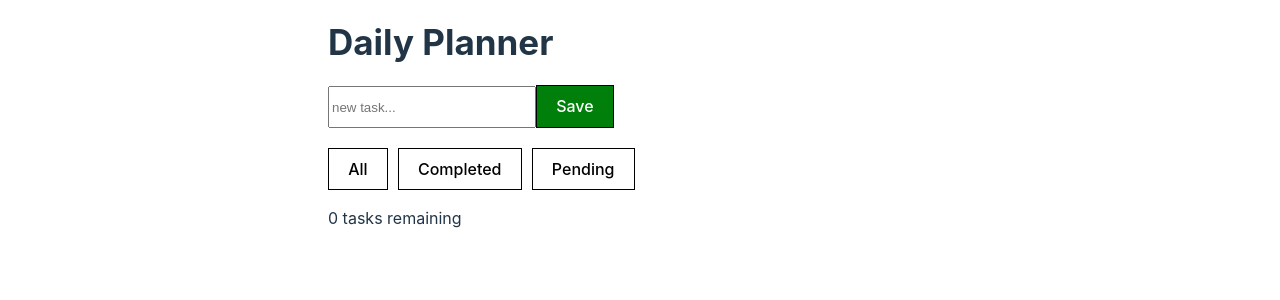
Repository: leslie179/lab4
Page: / (app in lab4/)
These files come from the project's save history. The page is drawn as it stood at one moment and after the next save; the edit follows.
The browser window is 1280 px wide. The pictures show the whole page.
The project was rebuilt for these pictures with package versions that can differ from the ones it lists, and the page was loaded fresh each time. Also part of the build but not shown: lab4/vite.config.js, lab4/src/components/Task.jsx.

Above is the page before, as saved 2024-10-27 18:39:09.

### lab4/src/App.jsx
import { useState } from 'react'
import './App.css'

import Task from './components/Task'
import TaskForm from './components/TaskForm'

function App() {
  const [tasks, setTasks] = useState([])
  const [filter, setFilter] = useState("All")

  const remainingTasks = tasks.filter(task => !task.completed).length;

  return (
    <div>
      <h1>Daily Planner</h1>
      <TaskForm setTasks={setTasks} />

      <button className="filter-button" onClick={() => setFilter("All")}>All</button>
      <button className="filter-button" onClick={() => setFilter("Completed")}>Completed</button>
      <button className="filter-button" onClick={() => setFilter("Pending")}>Pending</button>

      <p>{remainingTasks} task{remainingTasks !== 1 ? 's' : ''} remaining</p>

      <ul>
        {tasks && tasks.filter((task) => {
          if (filter === "All") {
            return true;
          } else if (filter === "Completed") {
            return task.completed;
          } else if (filter === "Pending") {
            return !task.completed;
          }
          return true;
        }).map((task, i) => {
          return <Task key={i} task={task} setTasks={setTasks} index={i} />
        })}
      </ul>
    </div>
  )
}

export default App;

### lab4/src/App.css
#root {
  max-width: 1280px;
  text-align: left;
  padding-left: 20rem;
}

h1{
  font-size: 35px;
}

.filter-button{
  border: 1px solid black;
  background-color: white;
  margin-right: 10px;
  margin-top: 20px;
  border-radius: 0px;
}

.save{
  background-color: #00800a;
  border-radius: 0px;
  border: 1px solid black;
  padding-top:2mm;
  height:43px;
  color: white;

}

.input{
width:200px;
height:36px;
}

.read-the-docs {
  color: #888;
}

### lab4/src/components/TaskForm.jsx
import { useState } from "react"

function TaskForm({ setTasks }) {
    const [currentTask, setCurrentTask] = useState()
    const save = () => {
        setTasks((currentTasks) => { // trick to get current state
            // im just naming it tmp for temporary
            const tmpTasks = [...currentTasks] // deep copy (tmpTasks is just a copy of currentTasks cause you cant just copy an array)
            tmpTasks.push({ task: currentTask, completed: false })
            return tmpTasks
        })
        setCurrentTask("")
    }
    // the onChange is a function that runs everytime the input text changes
    // everytime the input text changes update the state with the value of the text input
    return <div>
        <input className="input" type="text" onChange={(e) => setCurrentTask(e.target.value)} placeholder="new task..."/>
        <button className="save" onClick={() => save()}>Save</button>
    </div>
}

export default TaskForm

Loaded but not shown: lab4/index.html (common file); lab4/src/main.jsx (common file); lab4/src/index.css (common file)

After the next save:
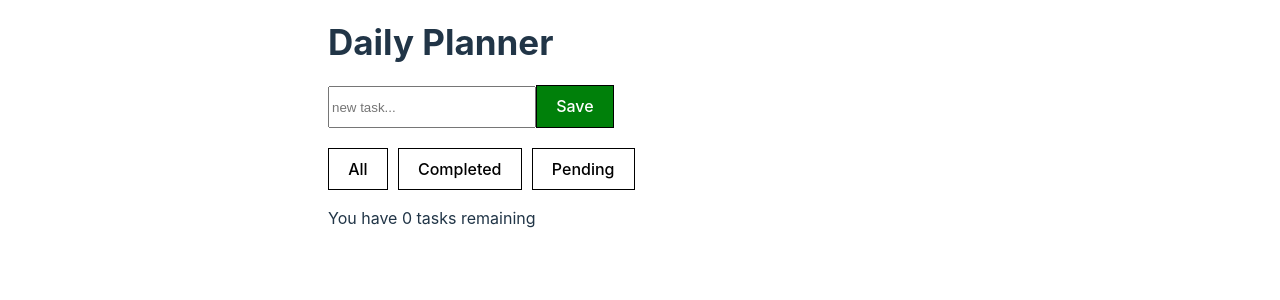
Saved 27 s later.
--- a/lab4/src/App.jsx
+++ b/lab4/src/App.jsx
@@ -19,7 +19,7 @@ function App() {
       <button className="filter-button" onClick={() => setFilter("Completed")}>Completed</button>
       <button className="filter-button" onClick={() => setFilter("Pending")}>Pending</button>
 
-      <p>{remainingTasks} task{remainingTasks !== 1 ? 's' : ''} remaining</p>
+      <p>You have {remainingTasks} task{remainingTasks !== 1 ? 's' : ''} remaining</p>
 
       <ul>
         {tasks && tasks.filter((task) => {
